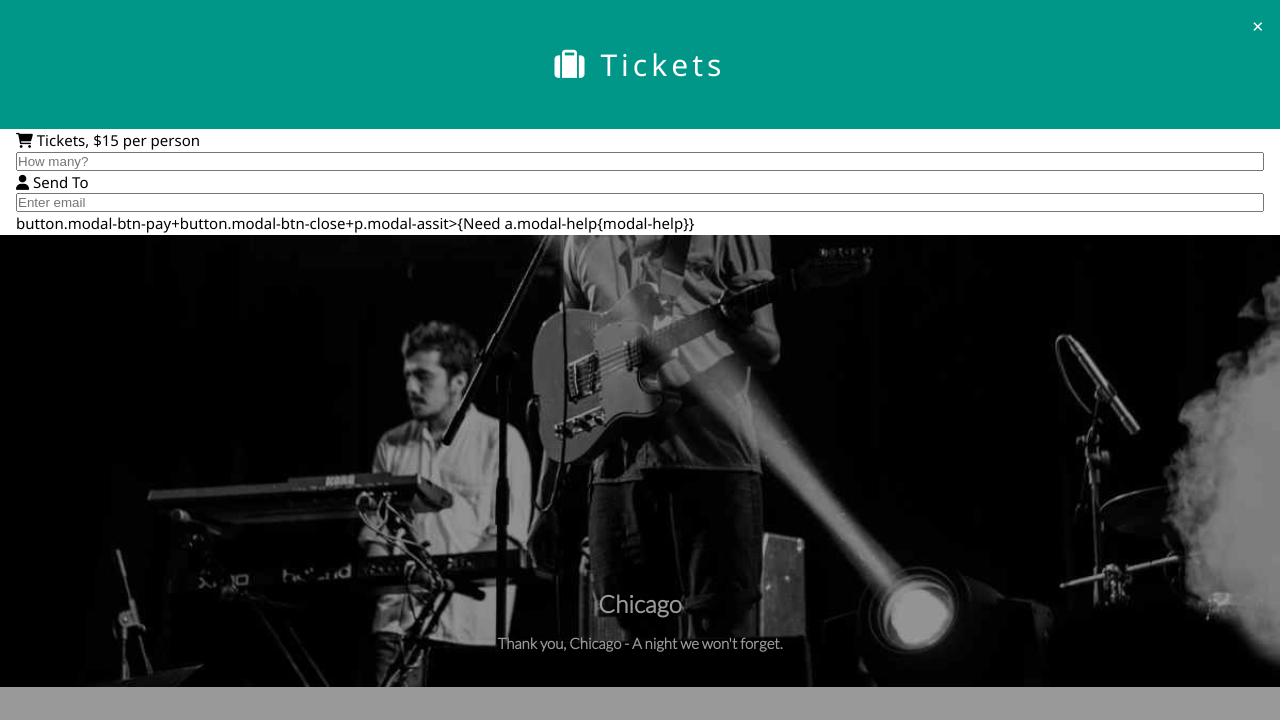
Repository: vanmanhAI/project-03-w3
Page: index.html
These files come from the project's save history. The page is drawn as it stood at one moment and after a run of saves; the edit follows.
The browser window is 1280 px wide. The pictures show the window.
A layer covers the whole window, so only the first screen is drawn. Some web libraries are served in a nearby version.

Above is the page before, as saved 2022-07-11 16:26:59.

After the next 2 saves:
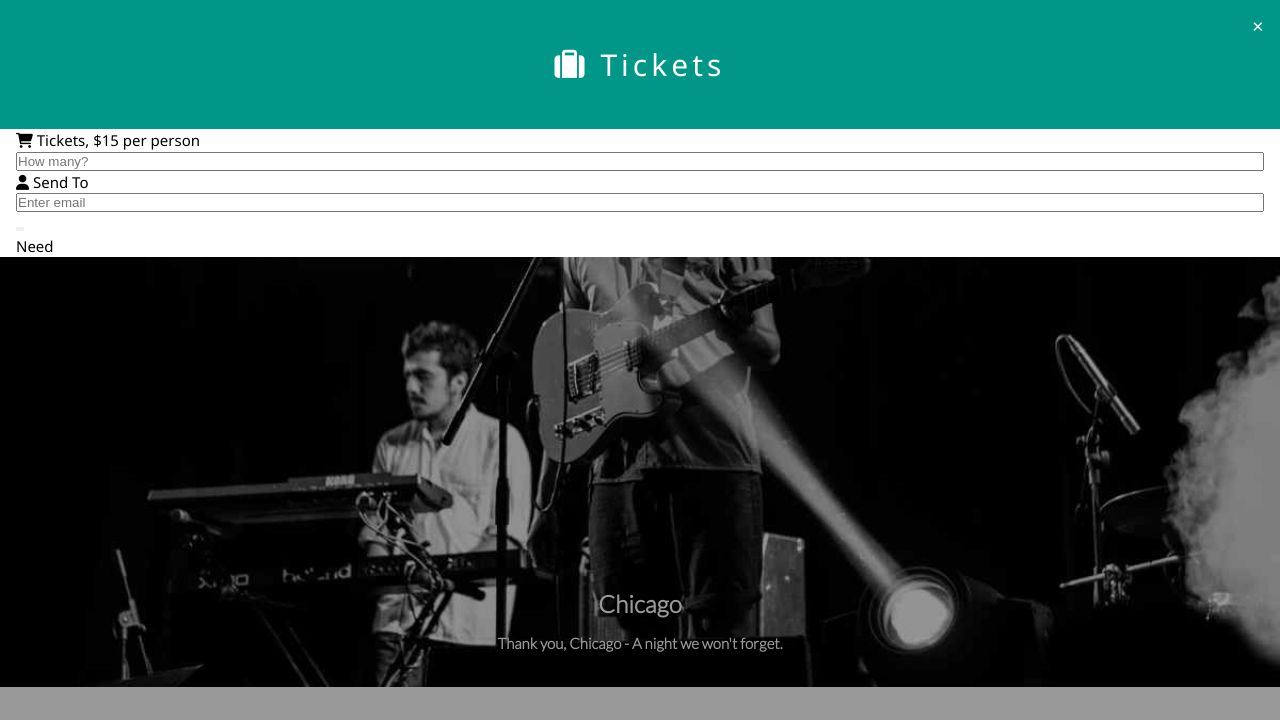
The 2 saves are shown as one change because they came seconds apart.
The last was saved 8 s later.
--- a/index.html
+++ b/index.html
@@ -131,7 +131,8 @@
                     Send To
                 </label>
                 <input type="text" name="" id="" placeholder="Enter email" class="modal-input">
-                button.modal-btn-pay+button.modal-btn-close+p.modal-assit>{Need a.modal-help{modal-help}}
+                <button class="modal-btn-pay"></button><button class="modal-btn-close"></button>
+                <p class="modal-assit">Need</p>
             </div>
         </div>
     </div>
